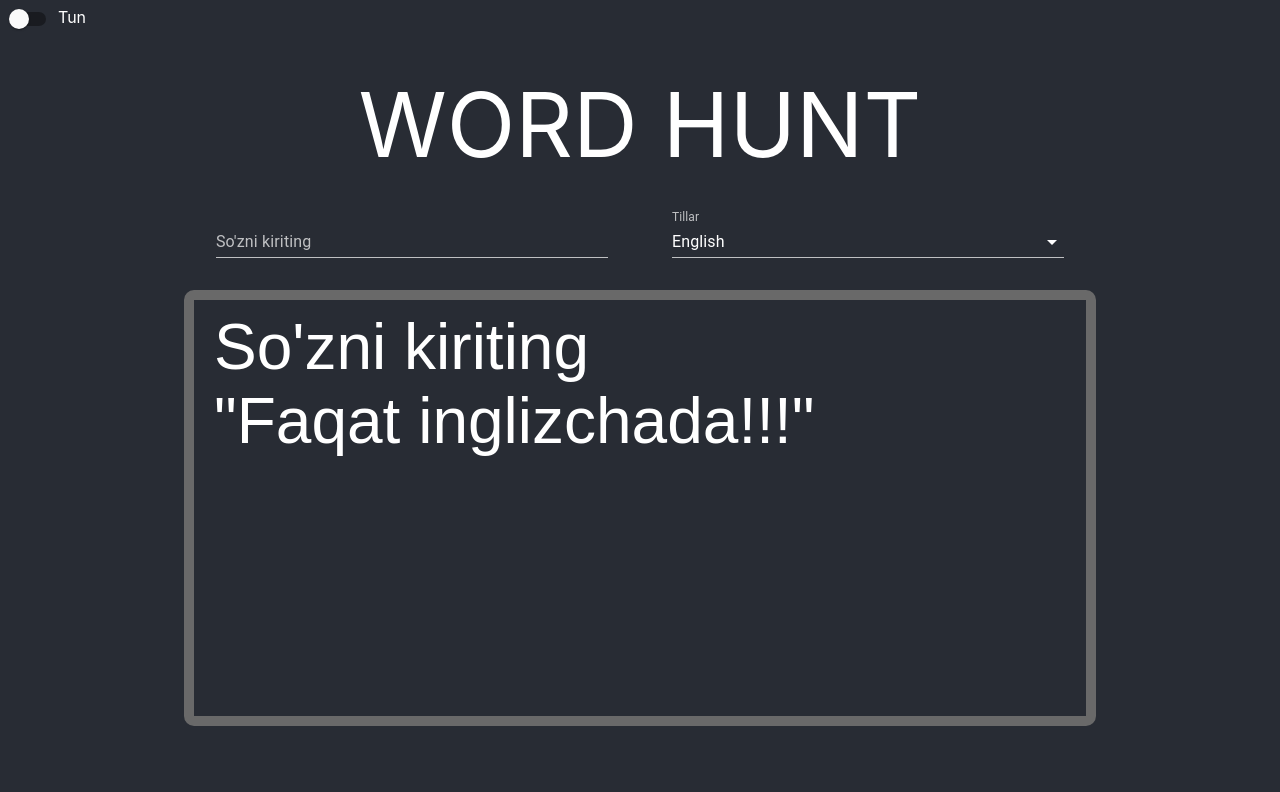
Repository: om1ars/react-translator
Page: /
An editor plug-in stored every save of this project. The page is shown before and after a run of saves, followed by the edit.
The browser window is 1280 px wide. The pictures show the whole page.
The page's requests for data from a server got no answer. The project was rebuilt for these pictures with package versions that can differ from the ones it lists, and the page was loaded fresh each time. No one was signed in, and anything a server would have sent is missing.

Above is the page before, as saved 2021-10-07 16:14:39.

### src/App.js
import "./App.css";
import { useEffect, useState } from "react";
import axios from "axios";
import { Container, Switch, withStyles } from "@material-ui/core";
import { Header } from "./components/Header/Header";
import { Definitions } from "./components/Definitions";

function App() {
  const [word, setword] = useState("");
  const [meanings, setmeanings] = useState([]);
  const [category, setcategory] = useState("en");
  const [checked, setChecked] = useState(false);

  const dictionaryApi = async () => {
    try {
      const data = await axios.get(
        `https://api.dictionaryapi.dev/api/v2/entries/${category}/${word}`
      );

      // console.log(data);
      setmeanings(data.data);
    } catch (error) {
      console.log(error);
    }
  };

  const handleChange = (event) => {
    setChecked(!checked);
  };

  console.log(meanings);
  useEffect(() => {
    dictionaryApi();
  }, [word, category]);

  return (
    <div
      className="App"
      style={{
        height: "100vh",
        backgroundColor: checked ? "#fff" : "#282c34",
        color: checked ? "#282c34" : "white",
        justifyContent: "space-evenly",
      }}
    >
      <Switch
        checked={checked}
        onChange={handleChange}
        inputProps={{ "aria-label": "controlled" }}
      />
      <span>{checked ? "Kun" : "Tun"}</span>
      <Container
        maxWidth="md"
        style={{ display: "flex", flexDirection: "column", height: "100vh" }}
      >
        <Header
        checked={checked}
          category={category}
          setcategory={setcategory}
          word={word}
          setword={setword}
        />
        {meanings && (
          <Definitions word={word} meanings={meanings} category={category} />
        )}
      </Container>
    </div>
  );
}

export default App;

### src/App.css
.App {
  min-height: 110vh;
}

### src/components/Header/Header.js
import {
  createMuiTheme,
  MenuItem,
  MuiThemeProvider,
  TextField,
} from "@material-ui/core";
import React from "react";
import "./Header.css";
import { ThemeProvider } from "@material-ui/styles";
import categoris from "../data/Category";

export const Header = ({ category, setcategory, word, setword, checked }) => {
  const darkTheme = createMuiTheme({
    palette: {
      primary: {
        main: "#fff",
      },
      type: "dark",
    },
  });

  const handleChange = (e) => {
    setcategory(e);
    setword("");
  };

  return (
    <div className="header">
      <span className="title" style={{}}>{word ? word : "Word Hunt"}</span>
      <div className="inputs">
        <ThemeProvider theme={darkTheme}>
          <TextField
          color='danger'
            id="standard-basic"
            label="standard"
            className="search"
            id="standard-basic"
            label="So'zni kiriting"
            value={word}
            onChange={(e) => setword(e.target.value)}
          />
          <TextField
            className="select"
            select
            value={category}
            onChange={(e) => handleChange(e.target.value)}
            label="Tillar"
          >
            {categoris.map((option) => (
              <MenuItem key={option.label} value={option.label}>
                {option.value}
              </MenuItem>
            ))}
          </TextField>
        </ThemeProvider>
      </div>
    </div>
  );
};

### src/components/Definitions.js
import React from "react";
import "./Definitions.css";

export const Definitions = ({ word, category, meanings }) => {
  return (
    <div className="meanings">
       {meanings[0] && word && category === "en" && (
        <audio
          style={{ backgroundColor: "#fff", borderRadius: 10 }}
          src={meanings[0].phonetics[0] && meanings[0].phonetics[0].audio}
          controls
        >
          Your browser does not support the audio element.
        </audio>
      )}
      {word === "" ? (
        <span className="subtitle">
          So'zni kiriting <br /> "Faqat inglizchada!!!"
        </span>
      ) : (
        meanings.map((mean) =>
          mean.meanings.map((item) =>
            item.definitions.map((def) => (
              <div
                className="singleMean"
                style={{ backgroundColor: "white", color: "black" }}
              >
                <b>{def.definition}</b>
                <hr style={{ backgroundColor: "black", width: "100%" }} />
                {def.example && (
                  <span>
                    <b>Example: {def.example}</b>
                  </span>
                )}
                {def.synonyms && (
                  <span>
                    <b>Synonyms: {def.synonyms.map((s) => `${s},  `)}</b>
                  </span>
                )}
              </div>
            ))
          )
        )
      )}
    </div>
  );
};

### src/components/Header/Header.css
.title {
  font-size: 7vw;
  text-transform: uppercase;
  color: white;
}
.header {
  display: flex;
  align-items: center;
  justify-content: space-evenly;
  flex-direction: column;
  height: 35vh;
  width: 100%;
}
@media (max-width: 900px) {
  .header {
    height: 25vh;
  }
  .title {
      font-size: 11vw;
  }
}
.inputs {
    width: 100%;
    display: flex;
    justify-content: space-around;
}
.search {
    width: 43%;
}
.select {
    width: 43%;
}

### src/components/Definitions.css
.meanings {
    display: flex;
    flex-direction: column;
    overflow-y: scroll;
    scrollbar-width: thin;
    height: 55vh;
    border: 10px solid rgba(105, 105, 105);
    border-radius: 10px;
    padding: 10px 20px;
    overflow-x: hidden;
}
.subtitle {
    font-size: 5vw;
    font-family: 'Motserrat', sans-serif;
}

@media (max-width: 900px ){
    .meanings {
        height: 60vh;
        overflow-x: hidden;
        overflow-y: scroll;
    }
}
.singleMean {
    display: flex;
    flex-direction: column;
    border-radius: 10px;
    padding: 10px 20px;
    margin: 10px 0;
}

Loaded but not shown: public/index.html (common file); src/index.js (common file); src/index.css (common file); src/reportWebVitals.js (common file); src/components/data/Category.js (common file)

After the next 16 saves:
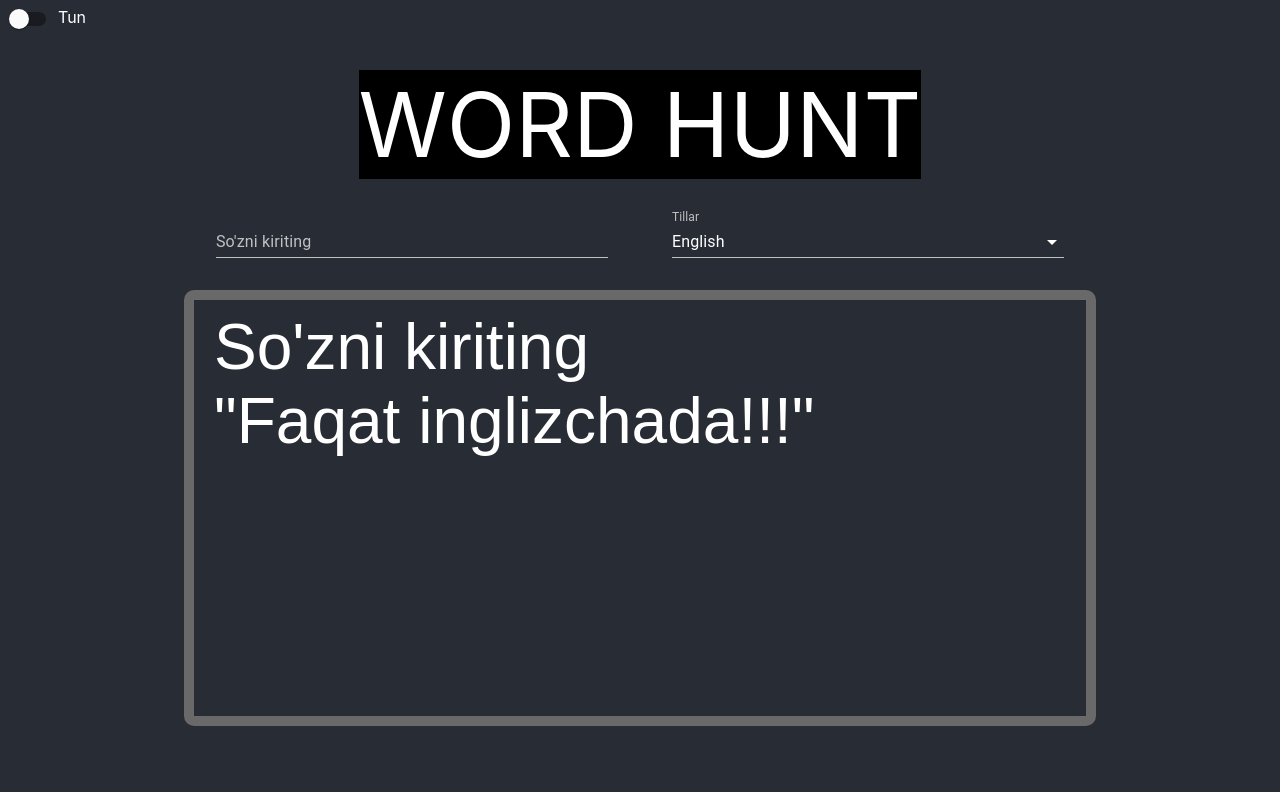
The 16 saves are shown as one change because 1 did not build or start and some came seconds apart.
The last was saved 29 s later.
--- a/src/components/Header/Header.js
+++ b/src/components/Header/Header.js
@@ -26,7 +26,7 @@ export const Header = ({ category, setcategory, word, setword, checked }) => {
 
   return (
     <div className="header">
-      <span className="title" style={{}}>{word ? word : "Word Hunt"}</span>
+      <span className="title" style={{backgroundColor :checked ? 'white' : 'black'}}>{word ? word : "Word Hunt"}</span>
       <div className="inputs">
         <ThemeProvider theme={darkTheme}>
           <TextField
